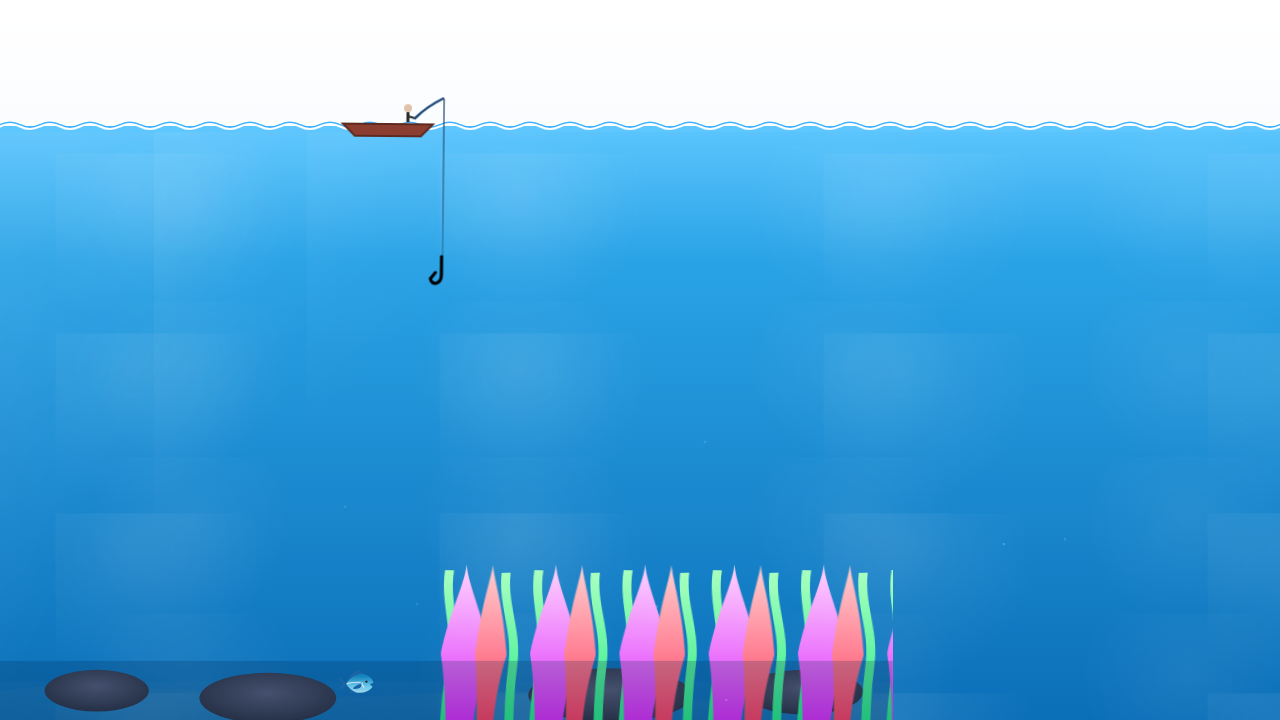
Repository: DeepFriedTurkey441/fd_game_project
Page: index.html
The author's editor kept a copy of each file at every save. The page is drawn from the files as they stood at one save, then again after the next save.
The browser window is 1280 px wide. The pictures show the whole page.

Above is the page before, as saved 2025-09-23 08:49:56.

### index.html
<!DOCTYPE html>
<html lang="en">
<head>
  <meta charset="UTF-8">
  <title>Fish Dodge</title>
  <link rel="stylesheet" href="style.css">
</head>
<body>
  <div id="game">
    <div id="air" aria-hidden="true"></div>
    <div id="waterline" aria-hidden="true"></div>
    <!-- Decorative background layers (non-interactive) -->
    <div id="light-rays" aria-hidden="true"></div>
    <div id="caustics" aria-hidden="true"></div>
    <!-- Realistic aquarium background (SVG) built from reusable symbols -->
    <svg id="aquarium-bg" viewBox="0 0 1200 600" preserveAspectRatio="none" aria-hidden="true">
      <defs>
        <!-- gradients -->
        <linearGradient id="sandGrad" x1="0" y1="0" x2="0" y2="1">
          <stop offset="0%" stop-color="#f8ebc9"/>
          <stop offset="60%" stop-color="#e7d2a2"/>
          <stop offset="100%" stop-color="#c6a773"/>
        </linearGradient>
        <radialGradient id="rockGrad" cx="50%" cy="40%" r="60%">
          <stop offset="0%" stop-color="#585d77"/>
          <stop offset="100%" stop-color="#303445"/>
        </radialGradient>
        <linearGradient id="leafGreen" x1="0" y1="1" x2="0" y2="0">
          <stop offset="0%" stop-color="#008c3b"/>
          <stop offset="55%" stop-color="#00e676"/>
          <stop offset="100%" stop-color="#a8ffbf"/>
        </linearGradient>
        <linearGradient id="leafRed" x1="0" y1="1" x2="0" y2="0">
          <stop offset="0%" stop-color="#b00020"/>
          <stop offset="55%" stop-color="#ff1744"/>
          <stop offset="100%" stop-color="#ffd1d1"/>
        </linearGradient>
        <linearGradient id="leafPurple" x1="0" y1="1" x2="0" y2="0">
          <stop offset="0%" stop-color="#5a00d1"/>
          <stop offset="55%" stop-color="#d500f9"/>
          <stop offset="100%" stop-color="#ffd6ff"/>
        </linearGradient>
        <!-- subtle sand grain -->
        <filter id="grain" x="-10%" y="-10%" width="120%" height="120%">
          <feTurbulence type="fractalNoise" baseFrequency="0.9" numOctaves="2" result="noise"/>
          <feColorMatrix type="saturate" values="0" in="noise" result="gn"/>
          <feBlend in="SourceGraphic" in2="gn" mode="multiply"/>
          <feComponentTransfer>
            <feFuncA type="linear" slope="0.06"/>
          </feComponentTransfer>
        </filter>
        <!-- plant blade symbol (curved) -->
        <symbol id="plantBlade" viewBox="0 0 20 200">
          <path d="M10 200 C 14 130, 4 90, 12 40 C 14 26, 8 14, 10 0" fill="none" stroke="url(#leafGreen)" stroke-width="4" stroke-linecap="round"/>
        </symbol>
        <!-- broad leaf symbol -->
        <symbol id="leafBroad" viewBox="0 0 30 200">
          <path d="M15 200 C 28 130, 8 90, 26 40 C 22 20, 16 10, 15 0 C 14 10, 8 20, 4 40 C 12 90, -2 130, 15 200 Z" fill="url(#leafPurple)"/>
        </symbol>
        <!-- red leaf symbol -->
        <symbol id="leafRedSym" viewBox="0 0 26 200">
          <path d="M13 200 C 22 120, 6 90, 20 40 C 18 18, 14 8, 13 0 C 12 8, 8 18, 6 40 C 10 90, 2 120, 13 200 Z" fill="url(#leafRed)"/>
        </symbol>
      </defs>
      <!-- sand with gentle curvature and grain -->
      <path d="M0 560 C 180 540, 360 580, 560 565 C 780 548, 980 590, 1200 570 L 1200 600 L 0 600 Z" fill="url(#sandGrad)" filter="url(#grain)"/>
      <!-- rocks with gradient and shadow -->
      <g>
        <ellipse cx="130" cy="560" rx="70" ry="28" fill="url(#rockGrad)"/>
        <ellipse cx="360" cy="570" rx="92" ry="34" fill="url(#rockGrad)"/>
        <ellipse cx="820" cy="566" rx="110" ry="36" fill="url(#rockGrad)"/>
        <ellipse cx="1080" cy="562" rx="80" ry="30" fill="url(#rockGrad)"/>
      </g>
      <!-- repeated plant clusters across full width -->
      <g id="plants" transform="translate(0,0)">
        <!-- ten identical clusters across the width -->
        <g transform="translate(0,0)">
          <use href="#plantBlade" x="0" y="398" class="sway"/>
          <use href="#leafBroad" x="24" y="390" class="sway fast"/>
          <use href="#leafRedSym" x="58" y="390" class="sway"/>
          <use href="#plantBlade" x="86" y="404" class="sway slow"/>
        </g>
        <g transform="translate(120,0)">
          <use href="#plantBlade" x="0" y="398" class="sway"/>
          <use href="#leafBroad" x="24" y="390" class="sway fast"/>
          <use href="#leafRedSym" x="58" y="390" class="sway"/>
          <use href="#plantBlade" x="86" y="404" class="sway slow"/>
        </g>
        <g transform="translate(240,0)">
          <use href="#plantBlade" x="0" y="398" class="sway"/>
          <use href="#leafBroad" x="24" y="390" class="sway fast"/>
          <use href="#leafRedSym" x="58" y="390" class="sway"/>
          <use href="#plantBlade" x="86" y="404" class="sway slow"/>
        </g>
        <g transform="translate(360,0)">
          <use href="#plantBlade" x="0" y="398" class="sway"/>
          <use href="#leafBroad" x="24" y="390" class="sway fast"/>
          <use href="#leafRedSym" x="58" y="390" class="sway"/>
          <use href="#plantBlade" x="86" y="404" class="sway slow"/>
        </g>
        <g transform="translate(480,0)">
          <use href="#plantBlade" x="0" y="398" class="sway"/>
          <use href="#leafBroad" x="24" y="390" class="sway fast"/>
          <use href="#leafRedSym" x="58" y="390" class="sway"/>
          <use href="#plantBlade" x="86" y="404" class="sway slow"/>
        </g>
        <g transform="translate(600,0)">
          <use href="#plantBlade" x="0" y="398" class="sway"/>
          <use href="#leafBroad" x="24" y="390" class="sway fast"/>
          <use href="#leafRedSym" x="58" y="390" class="sway"/>
          <use href="#plantBlade" x="86" y="404" class="sway slow"/>
        </g>
        <g transform="translate(720,0)">
          <use href="#plantBlade" x="0" y="398" class="sway"/>
          <use href="#leafBroad" x="24" y="390" class="sway fast"/>
          <use href="#leafRedSym" x="58" y="390" class="sway"/>
          <use href="#plantBlade" x="86" y="404" class="sway slow"/>
        </g>
        <g transform="translate(840,0)">
          <use href="#plantBlade" x="0" y="398" class="sway"/>
          <use href="#leafBroad" x="24" y="390" class="sway fast"/>
          <use href="#leafRedSym" x="58" y="390" class="sway"/>
          <use href="#plantBlade" x="86" y="404" class="sway slow"/>
        </g>
        <g transform="translate(960,0)">
          <use href="#plantBlade" x="0" y="398" class="sway"/>
          <use href="#leafBroad" x="24" y="390" class="sway fast"/>
          <use href="#leafRedSym" x="58" y="390" class="sway"/>
          <use href="#plantBlade" x="86" y="404" class="sway slow"/>
        </g>
        <g transform="translate(1080,0)">
          <use href="#plantBlade" x="0" y="398" class="sway"/>
          <use href="#leafBroad" x="24" y="390" class="sway fast"/>
          <use href="#leafRedSym" x="58" y="390" class="sway"/>
          <use href="#plantBlade" x="86" y="404" class="sway slow"/>
        </g>
        <g transform="translate(1200,0)">
          <use href="#plantBlade" x="0" y="398" class="sway"/>
          <use href="#leafBroad" x="24" y="390" class="sway fast"/>
          <use href="#leafRedSym" x="58" y="390" class="sway"/>
          <use href="#plantBlade" x="86" y="404" class="sway slow"/>
        </g>
      </g>
      <!-- gentle water fog at bottom -->
      <rect x="0" y="520" width="1200" height="80" fill="rgba(0,40,80,0.22)"/>
    </svg>
    <div class="boat" aria-label="small fishing boat" title="Fishing boat" style="left: 26vw;">
      <svg viewBox="0 0 120 60" xmlns="http://www.w3.org/2000/svg" aria-hidden="true">
        <!-- hull -->
        <path d="M10 40 L100 40 L88 52 L22 52 Z" fill="#8b3e2f" stroke="#5e291f" stroke-width="2"/>
        <!-- fisherman (simple) -->
        <circle cx="75" cy="24" r="4" fill="#e0c2a8"/>
        <path id="arm" d="M75 28 L75 38" stroke="#2b2b2b" stroke-width="3"/>
        <path id="rod" d="M75 32 L82 34" stroke="#2b2b2b" stroke-width="2"/>
        <!-- fishing rod (angled out over water) -->
        <path d="M82 34 Q 94 22 110 14" stroke="#1f4b7a" stroke-width="2.5" fill="none" stroke-linecap="round"/>
      </svg>
      <div class="line" aria-hidden="true"></div>
      <svg class="hook" aria-hidden="true" viewBox="0 0 24 36">
        <!-- J‑shaped hook: black stroke, no fill -->
        <path d="M16 2 V20 C16 30 6 32 5 24" fill="none" stroke="#000" stroke-width="3.2" stroke-linecap="round"/>
        <!-- Barb -->
        <path d="M6 23 L10 18" fill="none" stroke="#000" stroke-width="3" stroke-linecap="round"/>
      </svg>
    </div>
    <div id="fish" aria-label="fish"><span class="sprite" aria-hidden="true">🐟</span></div>
    <!-- Soft ambient bubbles -->
    <div id="bubbles" aria-hidden="true"></div>
  </div>
  <script src="script.js"></script>
</body>
</html>

### style.css
/* Basic starter styling */
body {
    margin: 0;
    font-family: sans-serif;
    background-color: #0a3454;
    color: #fff;
  }

#game {
    position: relative;
    width: 100vw;
    height: 100vh;
    overflow: hidden;
    background: linear-gradient(#f9fbff 0%, #eaf3ff 16.66%, #5ec7ff 16.66%, #2aa3e6 36%, #0b6fb8 100%);
  }

/* Air overlay (top 1/6) to ensure a whitish sky */
#air {
    position: absolute;
    left: 0; right: 0;
    top: 0;
    /* Extend slightly past the waterline so crests have white behind them */
    height: calc(100vh / 6 + 12px);
    background: linear-gradient(to bottom, rgba(255,255,255,0.98), rgba(255,255,255,0.75));
    z-index: 1;
    pointer-events: none;
  }

/* Waterline at 1/6 of the viewport height from the top */
#waterline {
    position: absolute;
    left: 0; right: 0;
    top: calc(100vh / 6);
    height: 12px;
    z-index: 2;
    pointer-events: none;
    /* Squiggly wave on top of a 2-color band: white above, light blue below */
    background:
      url("data:[embedded picture, 376 characters]") repeat-x center,
      linear-gradient(to bottom, rgba(255,255,255,0.98) 0%, rgba(255,255,255,0.98) 50%, rgba(94,199,255,1) 50%, rgba(94,199,255,1) 100%);
    background-size: 80px 12px, 100% 100%;
  }

/* Boat at surface */
  .boat {
    position: absolute;
    top: calc(100vh / 6 - 34px); /* float a bit higher above ripple */
    width: 120px; height: 60px;
    transform-origin: 50% 50%;
    animation: bob 3.2s ease-in-out infinite;
    z-index: 6; /* above reefs; fish swims under */
    pointer-events: none;
  }
  .boat svg { width: 100%; height: 100%; display: block; }
  /* (reverted) */

/* Realistic aquarium background container */
#aquarium-bg { position:absolute; left:0; right:0; bottom:0; height: 62vh; z-index:1; pointer-events:none; }
/* Plant sway animations */
.sway { animation: sway 6s ease-in-out infinite; transform-origin: 50% 100%; }
.sway.slow { animation-duration: 8.5s; }
.sway.fast { animation-duration: 4.5s; }
@keyframes sway {
  0% { transform: rotate(0deg); }
  25% { transform: rotate(2.2deg); }
  50% { transform: rotate(-2.8deg); }
  75% { transform: rotate(1.6deg); }
  100% { transform: rotate(0deg); }
}

/* God-rays */
#light-rays { position: absolute; left:0; right:0; top: calc(100vh/6); bottom:0; pointer-events:none; z-index:1;
  background:
    linear-gradient(115deg, rgba(255,255,255,0.12) 10%, rgba(255,255,255,0.0) 35%) 0 0/40% 100% no-repeat,
    linear-gradient(125deg, rgba(255,255,255,0.10) 8%, rgba(255,255,255,0.0) 32%) 20% 0/40% 100% no-repeat,
    linear-gradient(135deg, rgba(255,255,255,0.08) 6%, rgba(255,255,255,0.0) 28%) 40% 0/40% 100% no-repeat;
  mix-blend-mode: screen;
  opacity: 0.5;
}

/* Caustic shimmer */
#caustics { position:absolute; left:0; right:0; top: calc(100vh/6); bottom:0; pointer-events:none; z-index:1;
  background: radial-gradient(circle at 20% 20%, rgba(255,255,255,0.08) 0%, rgba(255,255,255,0) 40%) 0 0/30% 30% repeat,
              radial-gradient(circle at 70% 40%, rgba(255,255,255,0.06) 0%, rgba(255,255,255,0) 42%) 0 0/26% 26% repeat;
  animation: causticDrift 18s linear infinite;
}
@keyframes causticDrift {
  0% { background-position: 0 0, 0 0; }
  100% { background-position: 200px 120px, -160px 90px; }
}

/* Seafloor gradient to deepen bottom */
#seafloor { position:absolute; left:0; right:0; bottom:0; height: 16vh; pointer-events:none; z-index:1;
  background: linear-gradient(to bottom, rgba(0,0,0,0) 0%, rgba(0,0,0,0.25) 100%);
}
  .boat .line {
    position: absolute;
    left: 110px; /* exact rod tip in SVG coords */
    top: 14px;
    width: 2px;
    height: calc(100vh - (100vh / 6)); /* down to bottom */
    background: linear-gradient(to bottom, rgba(30,60,100,0.6), rgba(30,60,100,0.3));
    transform-origin: top;
    z-index: 4; /* between reefs and fish */
  }
  .boat .hook {
    position: absolute;
    left: 100px; /* adjusted for SVG viewBox */
    top: 14px;
    width: 24px; height: 36px;
    z-index: 5;
    display: block;
  }
  .boat .hook path { vector-effect: non-scaling-stroke; }

@keyframes bob {
  0%   { transform: translateY(0) rotate(-0.6deg); }
  50%  { transform: translateY(-2px) rotate(0.6deg); }
  100% { transform: translateY(0) rotate(-0.6deg); }
}

#fish {
    position: absolute;
    left: 24px;
    top: 50vh;
    transform: translateY(-50%);
    font-size: 32px;
    line-height: 1;
    user-select: none;
    z-index: 5;
  }
/* Ambient bubbles */
#bubbles { position:absolute; left:0; right:0; top: calc(100vh/6); bottom:0; pointer-events:none; z-index:2; }
#bubbles::before, #bubbles::after { content:""; position:absolute; left:10%; bottom:6vh; width:2px; height:2px; background:transparent;
  box-shadow:  0 0 0 0 rgba(255,255,255,0.7),
               40vw 10vh 0 0 rgba(255,255,255,0.6),
               20vw 30vh 0 0 rgba(255,255,255,0.5),
               65vw 22vh 0 0 rgba(255,255,255,0.6),
               80vw 12vh 0 0 rgba(255,255,255,0.5),
               15vw 18vh 0 0 rgba(255,255,255,0.5);
  animation: bubbleUp 8s linear infinite;
}
#bubbles::after { left:35%; animation-duration: 12s; opacity:0.8; }
@keyframes bubbleUp {
  0% { transform: translateY(0) scale(1); opacity: 0.0; }
  10% { opacity: 0.6; }
  100% { transform: translateY(-70vh) scale(1.2); opacity: 0; }
}
  #fish .sprite { display: inline-block; font-size: 32px; width: 1em; height: 1em; }
  /* Emoji orientation mappings */
  /* Most platforms render 🐟 facing left by default (head on left). */
  #fish .face-left { transform: scaleX(1); }
  #fish .face-right { transform: scaleX(-1); }

Loaded but not shown: script.js (289 lines, source omitted)

After the next save:
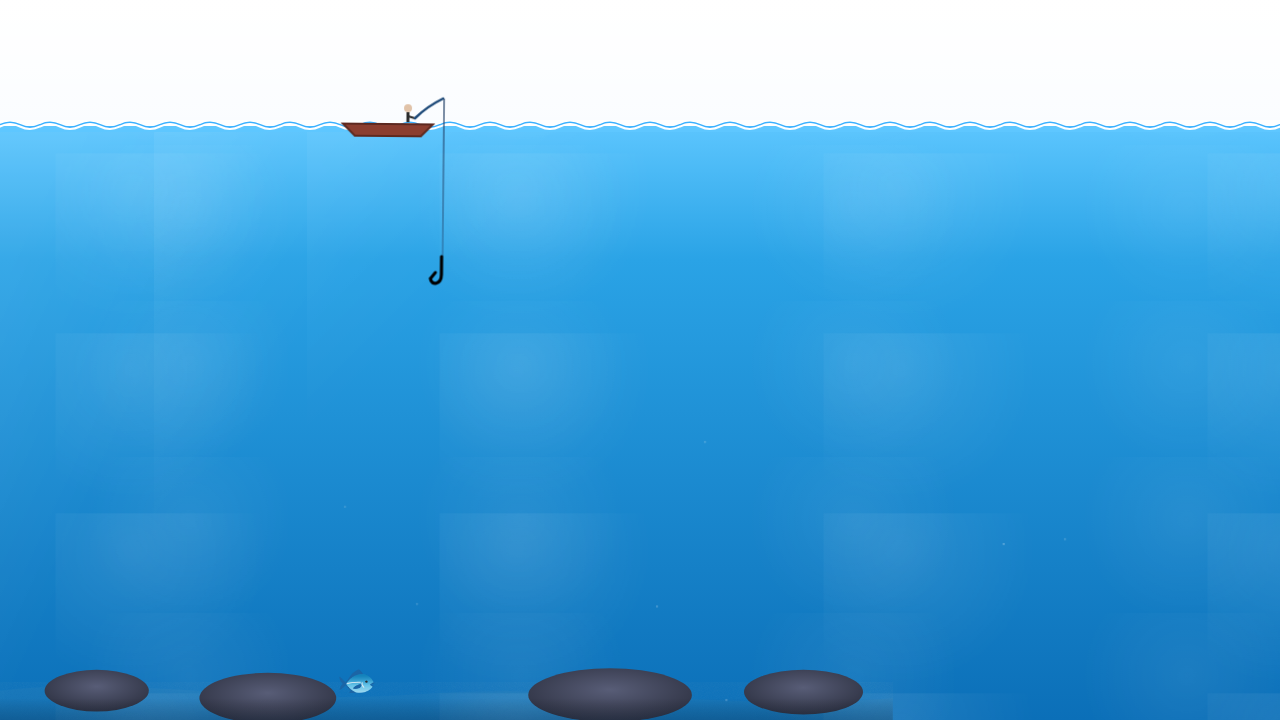
Saved 18 min 37 s later.
--- a/index.html
+++ b/index.html
@@ -71,78 +71,14 @@
         <ellipse cx="820" cy="566" rx="110" ry="36" fill="url(#rockGrad)"/>
         <ellipse cx="1080" cy="562" rx="80" ry="30" fill="url(#rockGrad)"/>
       </g>
-      <!-- repeated plant clusters across full width -->
-      <g id="plants" transform="translate(0,0)">
-        <!-- ten identical clusters across the width -->
-        <g transform="translate(0,0)">
-          <use href="#plantBlade" x="0" y="398" class="sway"/>
-          <use href="#leafBroad" x="24" y="390" class="sway fast"/>
-          <use href="#leafRedSym" x="58" y="390" class="sway"/>
-          <use href="#plantBlade" x="86" y="404" class="sway slow"/>
-        </g>
-        <g transform="translate(120,0)">
-          <use href="#plantBlade" x="0" y="398" class="sway"/>
-          <use href="#leafBroad" x="24" y="390" class="sway fast"/>
-          <use href="#leafRedSym" x="58" y="390" class="sway"/>
-          <use href="#plantBlade" x="86" y="404" class="sway slow"/>
-        </g>
-        <g transform="translate(240,0)">
-          <use href="#plantBlade" x="0" y="398" class="sway"/>
-          <use href="#leafBroad" x="24" y="390" class="sway fast"/>
-          <use href="#leafRedSym" x="58" y="390" class="sway"/>
-          <use href="#plantBlade" x="86" y="404" class="sway slow"/>
-        </g>
-        <g transform="translate(360,0)">
-          <use href="#plantBlade" x="0" y="398" class="sway"/>
-          <use href="#leafBroad" x="24" y="390" class="sway fast"/>
-          <use href="#leafRedSym" x="58" y="390" class="sway"/>
-          <use href="#plantBlade" x="86" y="404" class="sway slow"/>
-        </g>
-        <g transform="translate(480,0)">
-          <use href="#plantBlade" x="0" y="398" class="sway"/>
-          <use href="#leafBroad" x="24" y="390" class="sway fast"/>
-          <use href="#leafRedSym" x="58" y="390" class="sway"/>
-          <use href="#plantBlade" x="86" y="404" class="sway slow"/>
-        </g>
-        <g transform="translate(600,0)">
-          <use href="#plantBlade" x="0" y="398" class="sway"/>
-          <use href="#leafBroad" x="24" y="390" class="sway fast"/>
-          <use href="#leafRedSym" x="58" y="390" class="sway"/>
-          <use href="#plantBlade" x="86" y="404" class="sway slow"/>
-        </g>
-        <g transform="translate(720,0)">
-          <use href="#plantBlade" x="0" y="398" class="sway"/>
-          <use href="#leafBroad" x="24" y="390" class="sway fast"/>
-          <use href="#leafRedSym" x="58" y="390" class="sway"/>
-          <use href="#plantBlade" x="86" y="404" class="sway slow"/>
-        </g>
-        <g transform="translate(840,0)">
-          <use href="#plantBlade" x="0" y="398" class="sway"/>
-          <use href="#leafBroad" x="24" y="390" class="sway fast"/>
-          <use href="#leafRedSym" x="58" y="390" class="sway"/>
-          <use href="#plantBlade" x="86" y="404" class="sway slow"/>
-        </g>
-        <g transform="translate(960,0)">
-          <use href="#plantBlade" x="0" y="398" class="sway"/>
-          <use href="#leafBroad" x="24" y="390" class="sway fast"/>
-          <use href="#leafRedSym" x="58" y="390" class="sway"/>
-          <use href="#plantBlade" x="86" y="404" class="sway slow"/>
-        </g>
-        <g transform="translate(1080,0)">
-          <use href="#plantBlade" x="0" y="398" class="sway"/>
-          <use href="#leafBroad" x="24" y="390" class="sway fast"/>
-          <use href="#leafRedSym" x="58" y="390" class="sway"/>
-          <use href="#plantBlade" x="86" y="404" class="sway slow"/>
-        </g>
-        <g transform="translate(1200,0)">
-          <use href="#plantBlade" x="0" y="398" class="sway"/>
-          <use href="#leafBroad" x="24" y="390" class="sway fast"/>
-          <use href="#leafRedSym" x="58" y="390" class="sway"/>
-          <use href="#plantBlade" x="86" y="404" class="sway slow"/>
-        </g>
-      </g>
-      <!-- gentle water fog at bottom -->
-      <rect x="0" y="520" width="1200" height="80" fill="rgba(0,40,80,0.22)"/>
+      <!-- dynamic plant clusters populated by script -->
+      <g id="plants" transform="translate(0,0)"></g>
+      <!-- bottom vignette (soft fade, no hard cutoff) -->
+      <linearGradient id="bottomFog" x1="0" y1="0" x2="0" y2="1">
+        <stop offset="0%" stop-color="rgba(0,0,0,0)"/>
+        <stop offset="100%" stop-color="rgba(0,25,50,0.22)"/>
+      </linearGradient>
+      <rect x="0" y="570" width="1200" height="30" fill="url(#bottomFog)"/>
     </svg>
     <div class="boat" aria-label="small fishing boat" title="Fishing boat" style="left: 26vw;">
       <svg viewBox="0 0 120 60" xmlns="http://www.w3.org/2000/svg" aria-hidden="true">
